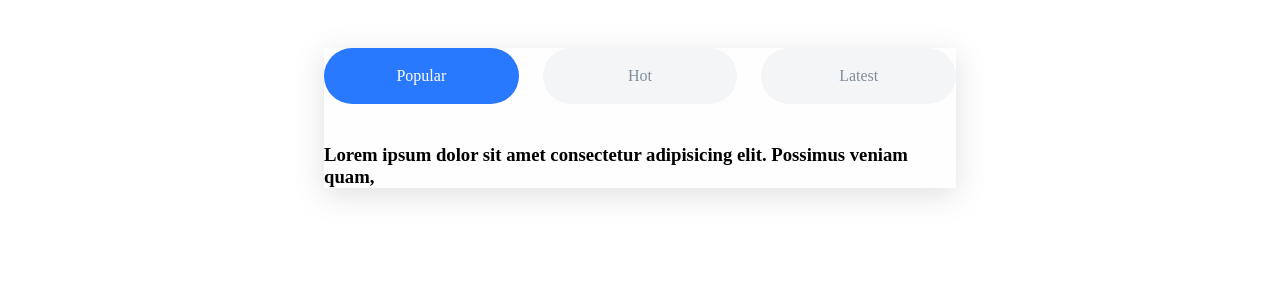
Repository: tungts3qb/Javascript
Page: tab.html
The author's editor kept a copy of each file at every save. The page is drawn from the files as they stood at one save, then again after the next save.
The browser window is 1280 px wide. The pictures show the whole page.

Above is the page before, as saved 2022-12-25 00:58:19.

After the next save:
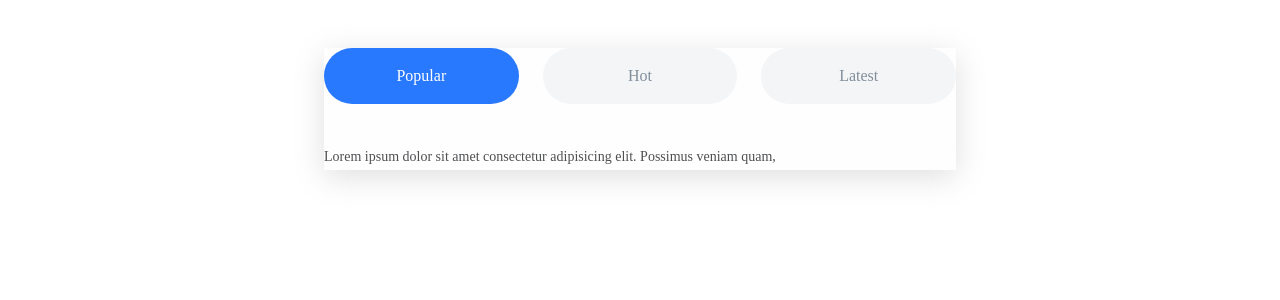
Saved 56 s later.
--- a/style.css
+++ b/style.css
@@ -116,3 +116,10 @@
 .post:not(:first-child) {
   margin-bottom: 2rem;
 }
+
+.post-title {
+  color: #4e4f51;
+  font-weight: 300;
+  line-height: 1.8;
+  font-size: 14px;
+}
